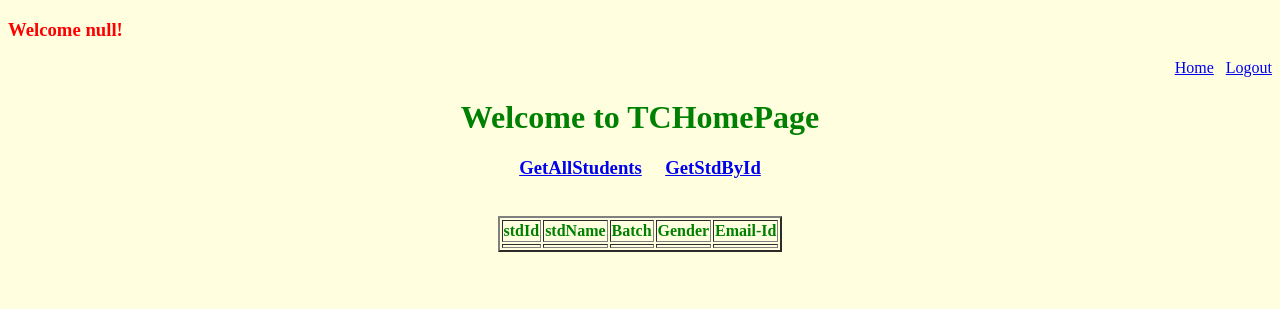
Repository: Ranjith-Kondra/Student_Assignment
Page: http://localhost/StudentWebApp/GetAllStd
The author's editor kept a copy of each file at every save. The page is drawn from the files as they stood at one save, then again after the next save.
The browser window is 1280 px wide. The pictures show the whole page.
The page is served by Tomcat 9. Queries for data that is not in the repository find no rows.

Above is the page before, as saved 2024-01-16 10:33:03.

After the next save:
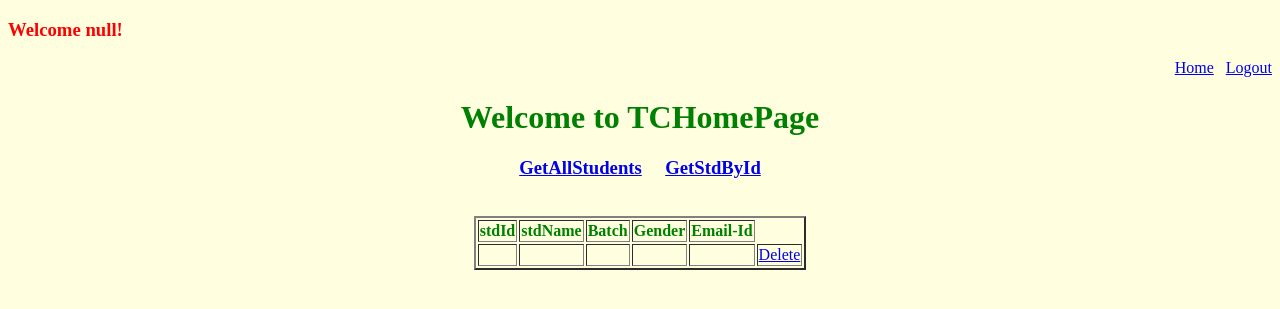
Saved 3 s later.
--- a/Student_prog1/WorkSpace1/StudentWebApp/WebContent/GetAllStd.jsp
+++ b/Student_prog1/WorkSpace1/StudentWebApp/WebContent/GetAllStd.jsp
@@ -31,6 +31,7 @@
 			<td> ${ std.Batch } </td>
 			<td> ${ std.gender } </td>
 			<td> ${ std.emailId } </td>
+			<td> <a href='DeleteEmployee?empId=${emp.empId}'>Delete</a> </td>
 		</tr>
 
 		</c:forEach>
